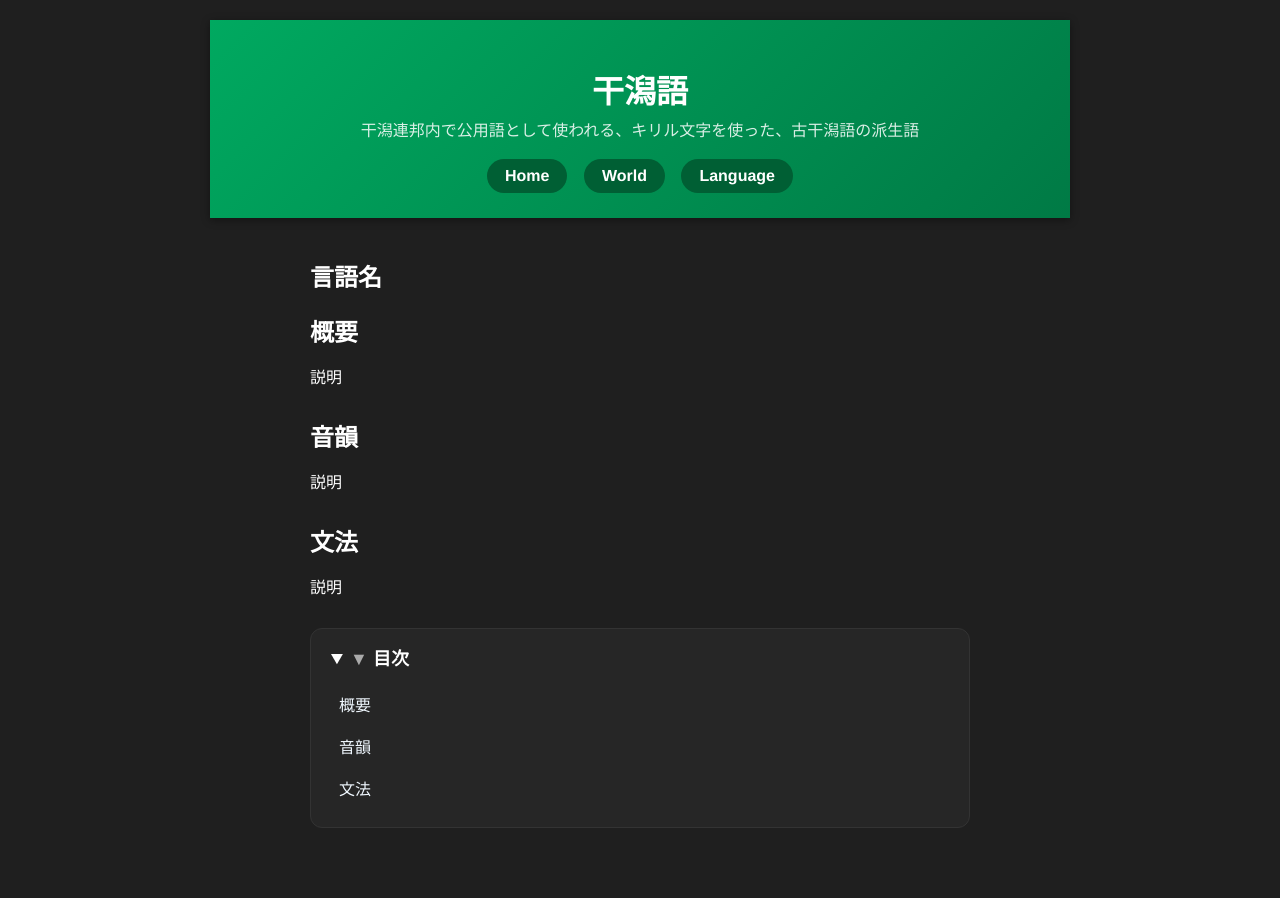
Repository: Player5270-antake/Player5270-antake.github.io
Page: language/hagalen/index.html
The author's editor kept a copy of each file at every save. The page is drawn from the files as they stood at one save, then again after the next save.
The browser window is 1280 px wide. The pictures show the whole page.

Above is the page before, as saved 2026-03-08 14:24:12.

### language/hagalen/index.html
<!DOCTYPE html>
<html lang="ja">
<head>
    <meta charset="UTF-8">
    <meta name="viewport" content="width=device-width, initial-scale=1.0">
    <title>干潟語 | あんたけのガレージセンター</title>
    <link rel="stylesheet" href="../../css/style.css">
</head>
<body>
    <div class="container">
        <header>
            <h1>干潟語</h1>
            <p>干潟連邦内で公用語として使われる、キリル文字を使った、古干潟語の派生語</p>
            <nav>
                <a href="../../">Home</a>
                <a href="../../world/">World</a>
                <a href="../">Language</a>
            </nav>
        </header>
        <main>
            <div class="page-layout">

                <article class="article">
                <h1>言語名</h1>

                <section id="overview">
                <h2>概要</h2>
                <p>説明</p>
                </section>

                <section id="phonology">
                <h2>音韻</h2>
                <p>説明</p>
                </section>

                <section id="grammar">
                <h2>文法</h2>
                <p>説明</p>
                </section>

                </article>


                <details class="toc" open>
                <summary>目次</summary>
                <ul>
                <li><a href="#overview">概要</a></li>
                <li><a href="#phonology">音韻</a></li>
                <li><a href="#grammar">文法</a></li>
                </ul>
                </details>

                </div>
        </main>
    </div>
</body>
</html>

### css/style.css
/*全体設定*/
*{
    box-sizing:border-box;
}

body{
    background-color:#1f1f1f;
    color: white;
    font-family:'Helvetica Neue','Helvetica','Arial',sans-serif;
    margin:0;
}

html{
    scroll-behavior:smooth;
}

.container{
    max-width:900px;
    margin:0 auto;
    padding:20px;
}

/*ヘッダー設定*/
header{
    background: linear-gradient(135deg,#00a960,#007a45);
    padding:25px;
    text-align:center;
    position:sticky;
    top:0;
    z-index:1000;
    background:linear-gradient(135deg,#00a960,#007a45);
    box-shadow:0 2px 8px rgba(0,0,0,0.4);
}

header h1{
    margin-bottom:5px;
    font-size:32px;
}

header p{
    margin-top:0;
    opacity:0.85;
}

/*ヘッダーUI設定*/
nav{
    margin-top:18px;
}

nav a{
    text-decoration:none;
    color:white;
    background-color:#005f34;
    padding:8px 18px;
    margin:0 6px;
    border-radius:20px;
    font-weight:bold;
    display:inline-block;
}

nav a:hover{
    background-color:#004d2b;
    transform:translateY(-2px);
}

/*本文設定*/
main{
    padding:20px;
    margin-top:20px;
    max-width:700px;
    margin:auto;
}

section{
    margin-bottom:30px;
}

h2{
    margin-bottom:10px;
}

/*本文お知らせ設定*/
.news-list{
    list-style:none;
    padding:0;
    margin-top:10px;
}

.news-list li{
    background:#2a2a2a;
    padding:12px 15px;
    border-radius:8px;
    margin-bottom:10px;
}

.timeline time{
    font-weight:bold;
    color:#00d07a;
    min-width:100px;
}

.timeline li:hover{
    background:#2a2a2a;
}


/*本文UI設定*/
.cards{
    display:grid;
    grid-template-columns:repeat(auto-fit,minmax(250px,1fr));
    gap:20px;
    margin-top:15px;
}

.card{
    display:block;
    background:#2a2a2a;
    padding:20px;
    border-radius:12px;
    text-decoration:none;
    color:aliceblue;
    transition: transform 0.2s, background 0.2s;
    text-align:center;
    height:100%;
}


.card h3{
    margin-top:0;
    margin-bottom:8px;
}

.card:hover{
    background:#333;
    transform:translateY(-3px);
    box-shadow:0 6px 18px rgba(0,0,0,0.4);
}

.card-icon{
    font-size:28px;
    margin-bottom:8px;
}

/*フッター設定*/
footer{
    margin-top:40px;
    padding:25px;
    text-align:center;
    background:#181818;
    border-top:1px solid #333;
}

/*フッターUI設定*/
.footer-nav{
    margin-top:10px;
}

.footer-nav a{
    text-decoration:none;
    color:#aaa;
    margin:0 10px;
}

.footer-nav a:hover{
    color:white;
}

/*ページ目次欄*/
.toc{
    background:#262626;
    border:1px solid #333;
    border-radius:12px;
    padding:15px 20px;
    margin:30px 0;
}

.toc summary{
    font-size:18px;
    cursor:pointer;
    font-weight:bold;
}

.toc ul{
    list-style:none;
    padding:10px 0 0 0;
    margin:0;
}

.toc li{
    margin:6px 0;
}

.toc a{
    text-decoration:none;
    color:aliceblue;
    padding:6px 8px;
    display:block;
    border-radius:6px;
}

.toc a:hover{
    background:#333;
}

summary::-webkit-details-marker{
    display:none;
}

.toc summary::before{
    content:"▶ ";
    color:#aaa;
}

.toc[open] summary::before{
    content:"▼ ";
}

After the next save:
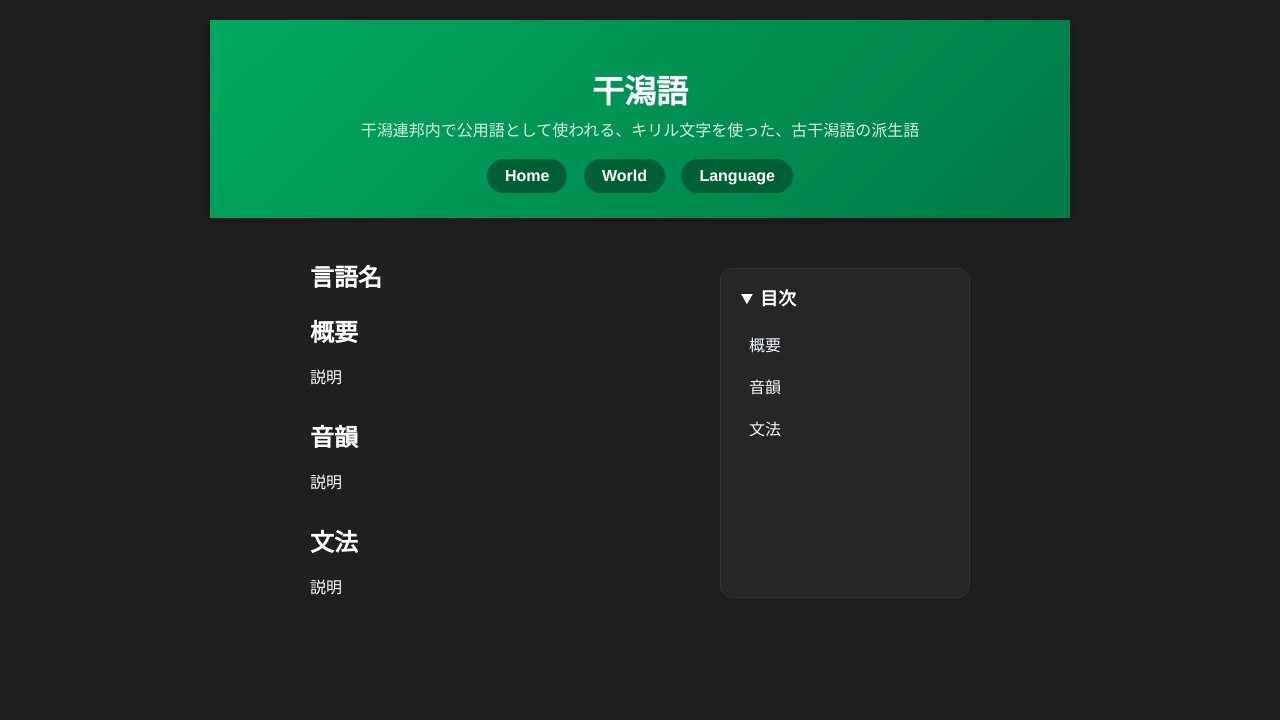
Saved 31 s later.
--- a/css/style.css
+++ b/css/style.css
@@ -202,15 +202,8 @@ footer{
     background:#333;
 }
 
-summary::-webkit-details-marker{
-    display:none;
-}
-
-.toc summary::before{
-    content:"▶ ";
-    color:#aaa;
-}
-
-.toc[open] summary::before{
-    content:"▼ ";
-}
+.page-layout{
+    display:grid;
+    grid-template-columns:1fr 250px;
+    gap:40px;
+}
